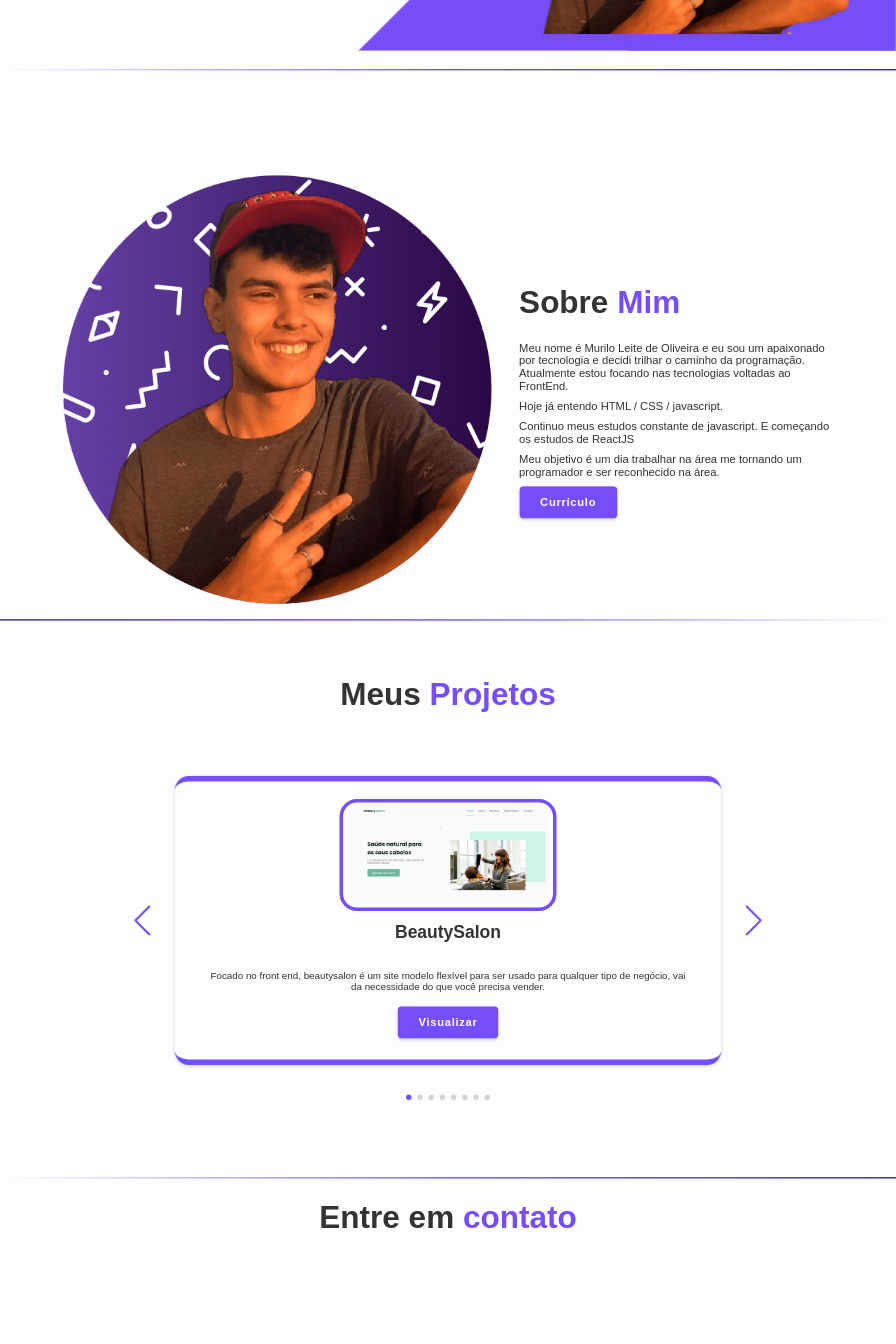
Repository: devMuriloOliveira/Portfolio-
Page: index.html
An editor plug-in stored every save of this project. The page is shown before and after the next save, followed by the edit.
The browser window is 1280 px wide. The pictures show the part of the page from y = 672 to 2592 px (the page is 3059 px tall before and 3045 px after), at 70% of full size.

Above is the page before, as saved 2023-03-15 18:20:55.

After the next save:
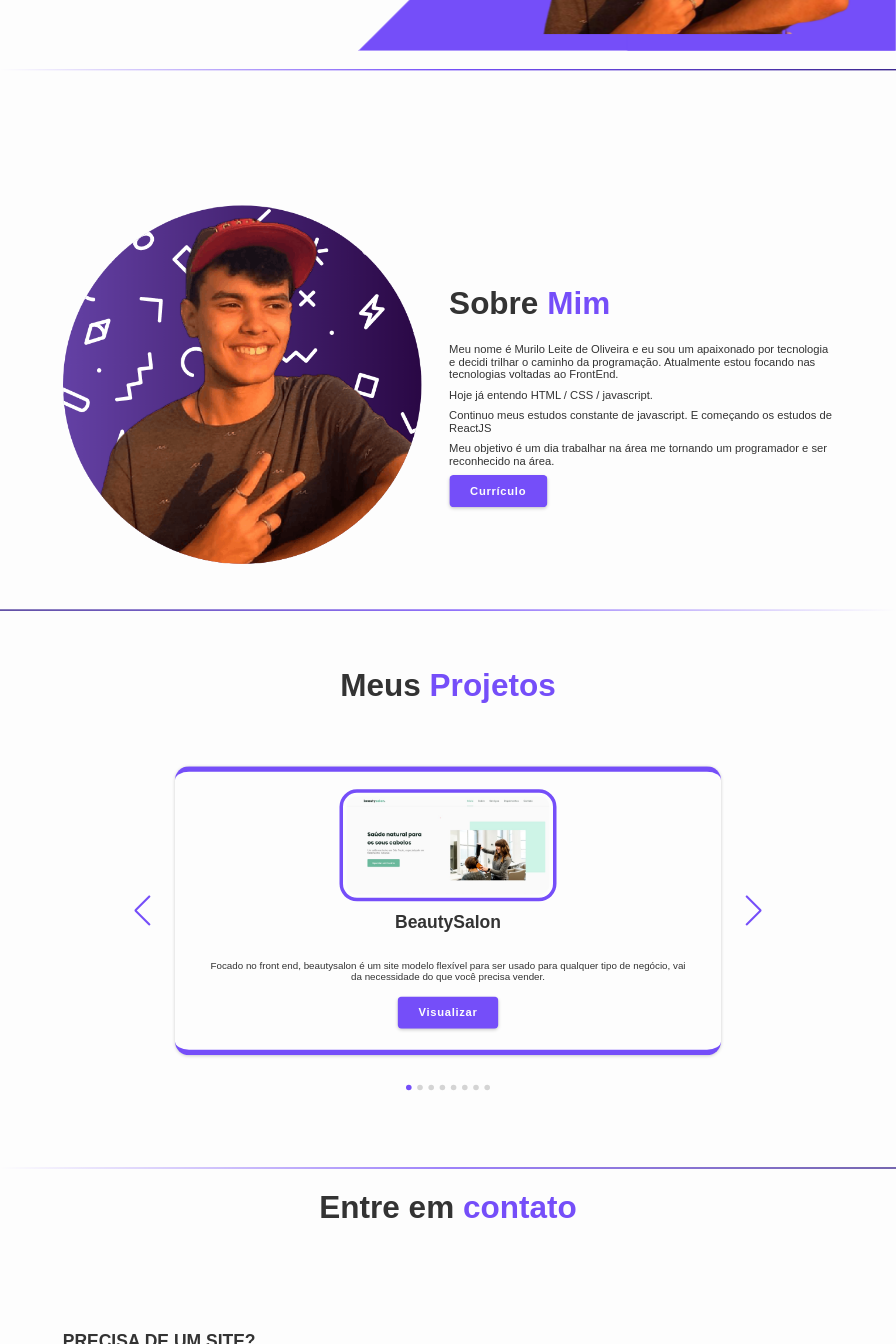
Saved 13 s later.
--- a/style.css
+++ b/style.css
@@ -315,7 +315,7 @@ span{
 }
 
 .sobre-img img{
-  width: 40vw%;
+  width: 40vw;
 }
 
 .heading{
